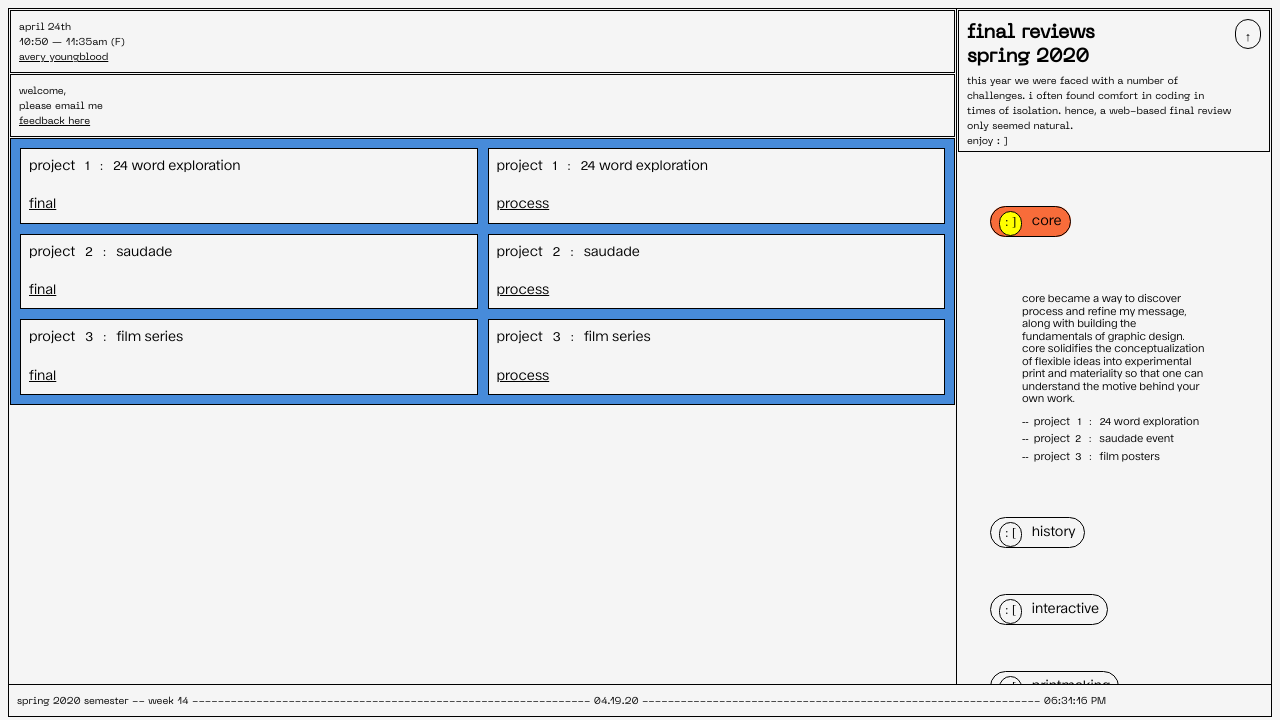
Repository: ayoungblood2/Spring-Semester-2020
Page: index v2/classes/core.html
These files come from the project's save history. The page is drawn as it stood at one moment and after the next save; the edit follows.
The browser window is 1280 px wide. The pictures show the whole page.
Some web libraries are served in a nearby version.

Above is the page before, as saved 2020-04-19 19:37:23.

### index v2/classes/core.html
<html lang="en">

    <head>

        <meta charset="UTF-8">
        <meta name="viewport" content="width=device-width, initial-scale=1.0">
        <meta http-equiv="X-UA-Compatible" content="ie=edge">
        <link rel="stylesheet" href="/index v2/assets/css/main.css">

        <link rel="apple-touch-icon" sizes="180x180" href="/index v2/assets/icon/favicon_io/apple-touch-icon.png">
        <link rel="icon" type="image/png" sizes="32x32" href="/index v2/assets/icon/favicon_io/favicon-32x32.png">
        <link rel="icon" type="image/png" sizes="16x16" href="/index v2/assets/icon/favicon_io/favicon-16x16.png">

        <!-- <META HTTP-EQUIV="refresh" CONTENT="5; URL=http://127.0.0.1:5500/index%20v2/index2.html"> -->


        <title> : ] [ :</title>


    </head>

    <body class="none">


        <div id="coords" data-html2canvas-ignore="true" style="color: black; top: 747px; left: 58px;">click(48,737)
        </div>


        <main class="Main">

            <header class="PageHeader PageHeader--home">

                <section class="PageHeader-classInfo">
                    april 24th
                    <br>10:50 — 11:35am (F)
                    <br><a href="https://www.art.yale.edu/AveryYoungblood" target="_blank"
                        class="PageHeader--link">avery
                        youngblood</a>
                </section>
            </header>

            <header class="PageHeader PageHeader--home">
                <section class="PageHeader-classInfo">
                    welcome,
                    <br> please email me
                    <br><a href="avery.youngblood@yale.edu" class="PageHeader--link">feedback here</a>
                </section>
            </header>




            <header class="grid-container">
                <a href="/index v2/classes/core-prct1-1.html" class="PageHeader--link--2">
                    <section class="grid-item">
                        project&nbsp;&nbsp;&nbsp;1&nbsp;&nbsp;&nbsp;:&nbsp;&nbsp;&nbsp;24 word
                        exploration
                        <br>&nbsp;
                        <br><span style="text-decoration: underline;">final</span>
                    </section>
                </a>

                <a href="/index v2/classes/core-prct1-2.html" class="PageHeader--link--2">
                    <section class="grid-item">
                        project&nbsp;&nbsp;&nbsp;1&nbsp;&nbsp;&nbsp;:&nbsp;&nbsp;&nbsp;24 word
                        exploration
                        <br>&nbsp;
                        <br><span style="text-decoration: underline;">process</span>
                    </section>
                </a>

                <a href="/index v2/classes/core-prct2-1.html" class="PageHeader--link--2">
                    <section class="grid-item">
                        project&nbsp;&nbsp;&nbsp;2&nbsp;&nbsp;&nbsp;:&nbsp;&nbsp;&nbsp;saudade
                        <br>&nbsp;
                        <br><span style="text-decoration: underline;">final</span>
                    </section>
                </a>

                <a href="/index v2/classes/core-prct2-2.html" class="PageHeader--link--2">
                    <section class="grid-item">
                        project&nbsp;&nbsp;&nbsp;2&nbsp;&nbsp;&nbsp;:&nbsp;&nbsp;&nbsp;saudade
                        <br>&nbsp;
                        <br><span style="text-decoration: underline;">process</span>
                    </section>
                </a>

                <a href="/index v2/classes/core-prct3-1.html" class="PageHeader--link--2">
                    <section class="grid-item">
                        project&nbsp;&nbsp;&nbsp;3&nbsp;&nbsp;&nbsp;:&nbsp;&nbsp;&nbsp;film series
                        <br>&nbsp;
                        <br><span style="text-decoration: underline;">final</span>
                    </section>
                </a>

                <a href="/index v2/classes/core-prct3-2.html" class="PageHeader--link--2">
                    <section class="grid-item">
                        project&nbsp;&nbsp;&nbsp;3&nbsp;&nbsp;&nbsp;:&nbsp;&nbsp;&nbsp;film series
                        <br>&nbsp;
                        <br><span style="text-decoration: underline;">process</span>
                    </section>
                </a>

            </header>

        </main>





        <header class="Header">

            <a href="/index v2/index2.html" class="Header-link">
                <div class="wrapper">

                    <span class="Header-title">
                        <h2>
                            <span class="Header-span">final reviews</span>
                            <span class="Header-span">spring 2020</span></h2>
                        <br>
                        <div class="content">
                            <p> this year we were faced with a number of challenges.
                                i often found comfort in coding in times of isolation.
                                hence, a web-based final review only seemed natural. </p>
                            <p> enjoy : ] </p>

                    </span>
                    </span>

                </div>

                </div>
                <button onClick="window.location.href=window.location.href" class="Header-arrow">
                    ↑
                </button>


            </a>


            <nav class="Nav is-home">

                <ul class="Nav-list">

                    <li class="Nav-item ">
                        <span>
                            <a href="/index v2/index2.html" class="Nav-link-2" href="#" data-target="core">
                                core
                            </a>
                        </span>
                        <img src="/index v2/classes/core/project1/Avery_Slang_BW.png"
                            style="width:150%;transform:rotate(20deg);" class="page-header" />

                    </li>

                    <li class="more">
                        core became a way to discover process and refine my message, along with building the
                        fundamentals of graphic design.
                        core solidifies the conceptualization of flexible ideas into experimental print and
                        materiality so that one can understand the motive behind your own work.
                        <br><br><br>
                        <p>--&nbsp;&nbsp;project&nbsp;&nbsp;&nbsp;1&nbsp;&nbsp;&nbsp;:&nbsp;&nbsp;&nbsp;24 word
                            exploration</p>
                        <br>
                        <p>--&nbsp;&nbsp;project&nbsp;&nbsp;2&nbsp;&nbsp;&nbsp;:&nbsp;&nbsp;&nbsp;saudade event</p>
                        <br>
                        <p>--&nbsp;&nbsp;project&nbsp;&nbsp;3&nbsp;&nbsp;&nbsp;:&nbsp;&nbsp;&nbsp;film posters</p>
                    </li>





                    <li class="Nav-item ">
                        <span>
                            <a href="open projects on left-hand side and make smile icon big"
                                class="Nav-link view-more view-less" href="#" data-target="history">
                                history
                            </a>
                        </span>
                        <img src="/index v2/classes/history/other images/event_default_31_1.jpg"
                            style="width:60%;transform:rotate(-50deg);margin:50px;" />
                        <ul id="history" class="viewing-less">

                            <li class="more">
                                this semester history provided me with context for design. instead of conceptualizing
                                from
                                personal ideation,
                                my process became reversed in history of graphic design. i found myself working from
                                historical references first,
                                then contextualizing into my own design language.
                                <br><br><br>
                                <p>--&nbsp;&nbsp;project&nbsp;&nbsp;&nbsp;1&nbsp;&nbsp;&nbsp;:&nbsp;&nbsp;&nbsp;sf
                                    psychedelic rock posters</p>
                                <br>
                                <p>--&nbsp;&nbsp;project&nbsp;&nbsp;2&nbsp;&nbsp;&nbsp;:&nbsp;&nbsp;&nbsp;designer
                                    accordion
                                </p>
                                <br>
                                <p>--&nbsp;&nbsp;project&nbsp;&nbsp;3&nbsp;&nbsp;&nbsp;:&nbsp;&nbsp;&nbsp;reading</p>
                                <br>
                                <p>--&nbsp;&nbsp;project&nbsp;&nbsp;4&nbsp;&nbsp;&nbsp;:&nbsp;&nbsp;&nbsp;research &
                                    resources</p>
                            </li>
                        </ul>
                    </li>


                    <li class="Nav-item ">
                        <span>
                            <a href="open projects on left-hand side and make smile icon big"
                                class="Nav-link view-more view-less" href="#" data-target="interact">
                                interactive
                            </a>
                        </span>
                        <img src="/index v2/classes/interactive/web-as-site.png"
                            style="width:70%;transform:rotate(2deg);margin-top:300px;margin-left:300px;" />
                        <ul id="interact" class="viewing-less">

                            <li class="more">
                                we covered a lot in interactive this semester.
                                i've been actively learning HTML, CSS, and JavaScript, and experimenting ways to
                                introduce
                                these methods into my everyday studio practice.
                                the readings we had about the internet and the relationship to
                                embodied experience were eye-opening discussions.
                                everything of what i thought web-design "should-be" vanished. all expectations and
                                rules,
                                gone.
                                i learned there is a space for art in the web-space.
                                i appreciate the freedom of expression and encouragement of creativity from
                                conceptually-driven prompts in this class.
                                i want to incorporate this new perspective of organizing and translating design/process
                                into
                                an interactive space.
                                <br><br><br>
                                <p>--&nbsp;&nbsp;project&nbsp;&nbsp;&nbsp;1&nbsp;&nbsp;&nbsp;:&nbsp;&nbsp;&nbsp;list</p>
                                <br>
                                <p>--&nbsp;&nbsp;project&nbsp;&nbsp;2&nbsp;&nbsp;&nbsp;:&nbsp;&nbsp;&nbsp;clock</p>
                                <br>
                                <p>--&nbsp;&nbsp;project&nbsp;&nbsp;3&nbsp;&nbsp;&nbsp;:&nbsp;&nbsp;&nbsp;reading &
                                    resources</p>
                            </li>
                        </ul>
                    </li>


                    <li class="Nav-item ">
                        <span>
                            <a href="open projects on left-hand side and make smile icon big"
                                class="Nav-link view-more view-less" href="#" data-target="print">
                                printmaking
                            </a>
                        </span>
                        <img src="/index v2/classes/printmaking/reference pics/Screen Shot 2020-04-16 at 5.17.14 AM.png"
                            style="width:50%;transform:rotate(20deg);margin-top:200px;margin-left:10px;" />
                        <ul id="print" class="viewing-less">

                            <li class="more">
                                printmaking considers ways in which multiplicity, circulation, and archives have
                                functioned
                                within contemporary print based artworks.
                                We had visits to on-campus collections, collaborative studio work, and in class
                                discussions
                                of pertinent texts aim to place the
                                making of printed media within an expansive field of art practices.
                                Although, the second part of the semester was to focus on
                                how these concepts, materials, and forms connect to our own individual studio practices
                                through projects and printshop demonstrations focusing on the stencil and the book (we
                                still
                                had discussions of what we'd like to pursue in the future).
                                <br><br><br>
                                <p>--&nbsp;&nbsp;project&nbsp;&nbsp;&nbsp;1&nbsp;&nbsp;&nbsp;:&nbsp;&nbsp;&nbsp;reading
                                </p>
                                <br>
                                <p>--&nbsp;&nbsp;project&nbsp;&nbsp;2&nbsp;&nbsp;&nbsp;:&nbsp;&nbsp;&nbsp;research &
                                    resources</p>
                                <br>
                                <p>--&nbsp;&nbsp;project&nbsp;&nbsp;3&nbsp;&nbsp;&nbsp;:&nbsp;&nbsp;&nbsp;chapel street
                                    pole
                                </p>
                                <br>
                                <p>--&nbsp;&nbsp;project&nbsp;&nbsp;4&nbsp;&nbsp;&nbsp;:&nbsp;&nbsp;&nbsp;commissioned
                                    publication</p>
                            </li>
                        </ul>
                    </li>


                    <li class="Nav-item ">
                        <span>
                            <a href="open projects on left-hand side and make smile icon big"
                                class="Nav-link view-more view-less" href="#" data-target="ind">
                                independent
                            </a>
                        </span>
                        <img src="/index v2/classes/independent/we-need-to-talk/Screen Shot 2020-04-18 at 4.32.22 AM.png"
                            style="width:80%;transform:rotate(-63deg);margin:20px;" />
                        <ul id="ind" class="viewing-less">

                            <li class="more">
                                collaboration on all fronts. alvin (prelim GD) and amina (1st yr sculpture) became my
                                close
                                allies this semester.
                                our personal interests led the way in cultivating close-relationships,
                                along with intriguing long-term projects that i'm excited to continue and develop over
                                the
                                years.
                                <br>
                                the second half of the semester my attention and time became devoted to the covid-19
                                cause -
                                writing
                                and meeting and organizing 24/7 to work towards active nationwide solutions for the
                                future
                                of education.
                                <br><br><br>
                                <p>--&nbsp;&nbsp;project&nbsp;&nbsp;&nbsp;1&nbsp;&nbsp;&nbsp;:&nbsp;&nbsp;&nbsp;we-need-to-talk
                                </p>
                                <br>
                                <p>--&nbsp;&nbsp;project&nbsp;&nbsp;2&nbsp;&nbsp;&nbsp;:&nbsp;&nbsp;&nbsp;sonic rupture
                                </p>
                                <br>
                                <p>--&nbsp;&nbsp;project&nbsp;&nbsp;3&nbsp;&nbsp;&nbsp;:&nbsp;&nbsp;&nbsp;log & letters
                                </p>
                            </li>
                        </ul>
                    </li>
            </nav>

        </header>

        <span class="TimeStamp">spring semester week 01 04.15.20 05:07:06 PM</span>

        <script src="//ajax.googleapis.com/ajax/libs/jquery/1.7.1/jquery.min.js" type="text/javascript"></script>
        <script src="https://cdnjs.cloudflare.com/ajax/libs/moment.js/2.20.1/moment.min.js"></script>
        <script src="/index v2/assets/js/main.js"></script>
        <script src="/index v2/assets/js/scripts.js"></script>
        <script src="/index v2/assets/js/html2canvas.js"></script>




    </body>


</html>

<!-- yale school of art --
graphic design --
preliminary year --
final reviews --
spring 2020 -->

Loaded but not shown: index v2/assets/js/html2canvas.js (library); index v2/assets/js/scripts.js (193 lines, source omitted); index v2/assets/js/main.js (113 lines, source omitted); index v2/assets/css/main.css (1061 lines, source omitted)

After the next save:
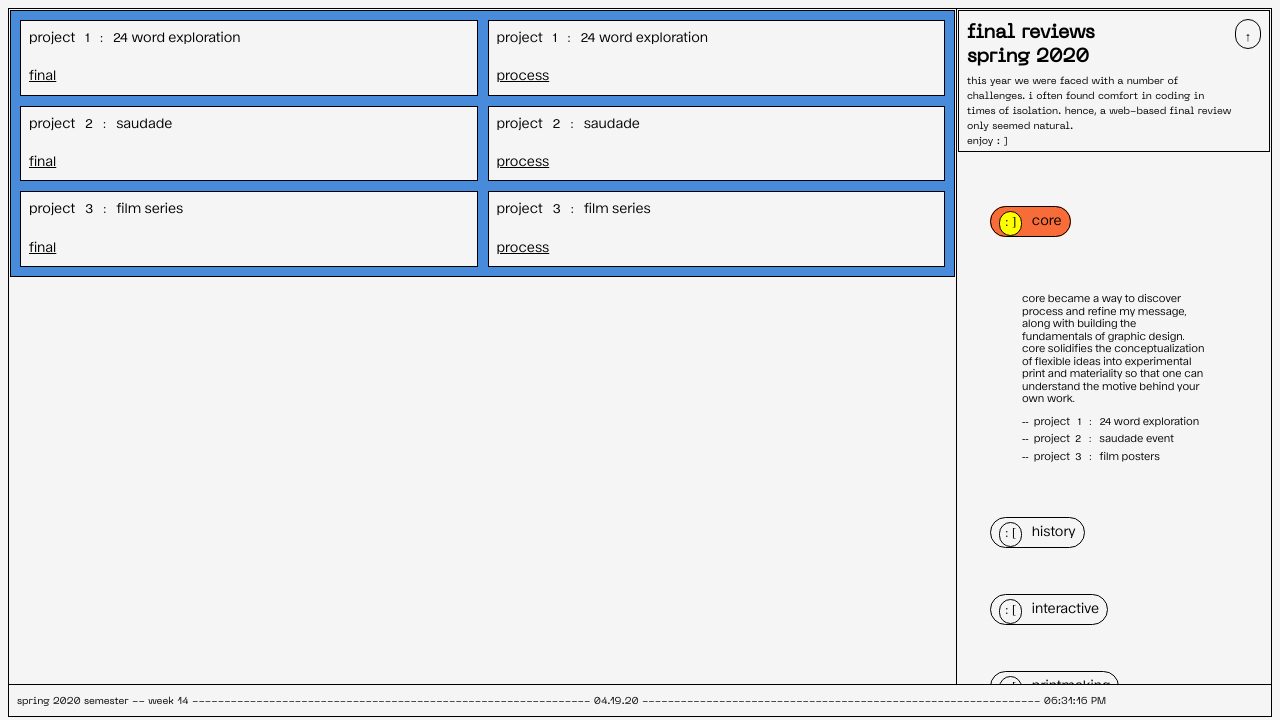
Saved 4 min 22 s later.
--- a/index v2/classes/core.html
+++ b/index v2/classes/core.html
@@ -28,24 +28,7 @@
 
         <main class="Main">
 
-            <header class="PageHeader PageHeader--home">
-
-                <section class="PageHeader-classInfo">
-                    april 24th
-                    <br>10:50 — 11:35am (F)
-                    <br><a href="https://www.art.yale.edu/AveryYoungblood" target="_blank"
-                        class="PageHeader--link">avery
-                        youngblood</a>
-                </section>
-            </header>
-
-            <header class="PageHeader PageHeader--home">
-                <section class="PageHeader-classInfo">
-                    welcome,
-                    <br> please email me
-                    <br><a href="avery.youngblood@yale.edu" class="PageHeader--link">feedback here</a>
-                </section>
-            </header>
+
 
 
 
